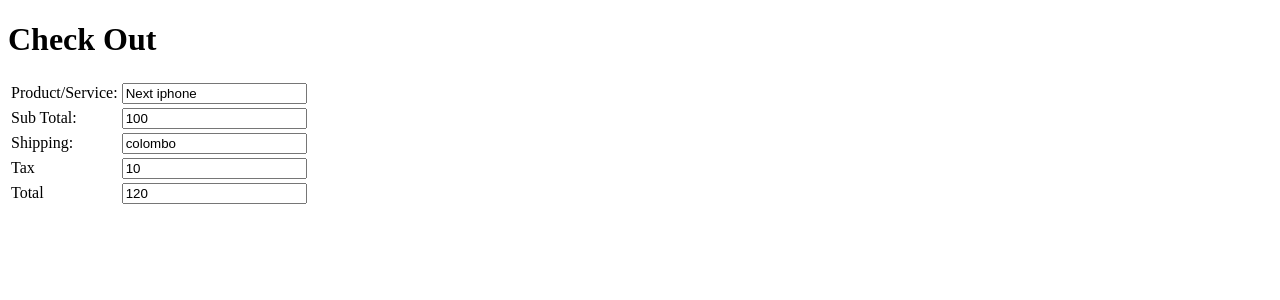
Repository: ThimeshaMindaka/PAFF
Page: PayPalTest/src/main/webapp/checkout.html
An editor plug-in stored every save of this project. The page is shown before and after the next save, followed by the edit.
The browser window is 1280 px wide. The pictures show the whole page.

Above is the page before, as saved 2022-05-13 19:04:23.

After the next save:
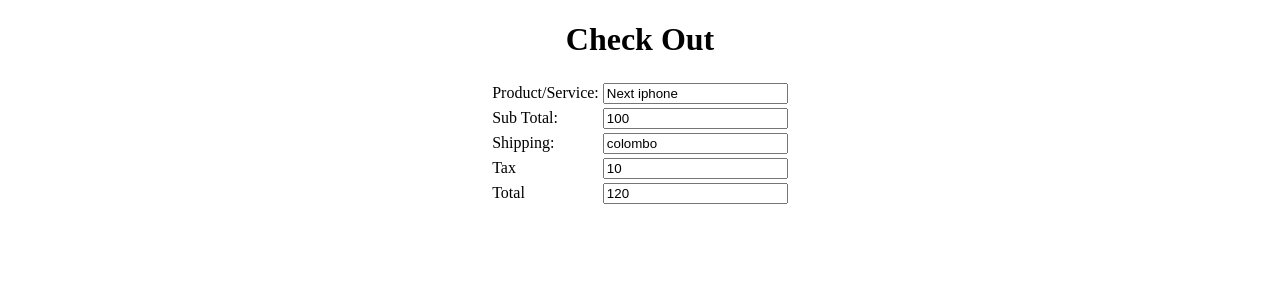
Saved 47 s later.
--- a/PayPalTest/src/main/webapp/checkout.html
+++ b/PayPalTest/src/main/webapp/checkout.html
@@ -5,7 +5,7 @@
 <title>Check Out</title>
 </head>
 <body>
-<div align="center"> </div>
+<div align="center">
 		<h1>Check Out</h1>
 		<form action="authorize_payment" method="post">
 		<table>
@@ -31,6 +31,6 @@
 		</tr>
 		</table>
 		</form>
-
+</div>
 </body>
 </html>
